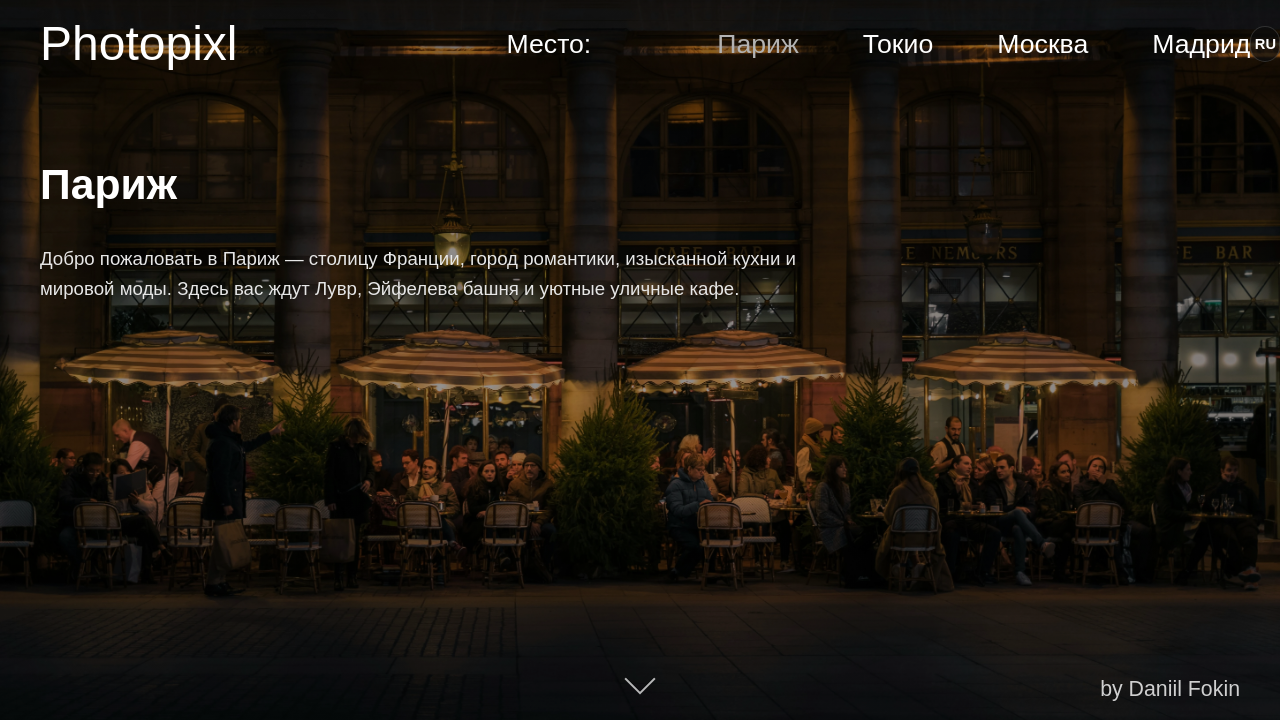
Repository: git-daniil/place-site
Page: index.html
An editor plug-in stored every save of this project. The page is shown before and after the next save, followed by the edit.
The browser window is 1280 px wide. The pictures show the whole page.
Some web fonts or font styles are not loaded; a fallback is used.

Above is the page before, as saved 2026-05-20 15:04:49.

### index.html
<!DOCTYPE html>
<html lang="ru">
<head>
    <meta charset="UTF-8">
    <meta name="viewport" content="width=device-width, initial-scale=1.0">
    <title>Photopixl — Paris</title>
    <link rel="stylesheet" href="style.css">
    <script src="translations.js"></script>
</head>
<body class="paris-page">

    <div class="progress-bar-container">
        <div class="progress-bar"></div>
        <div class="preloader-center-text">
            <div class="preloader-logo">Photopixl</div>
            <div class="preloader-author">by Daniil Fokin</div>
        </div>
    </div>

    <div class="author-label">by Daniil Fokin</div>

    <div class="page-wrapper">
        <nav class="navbar">
            <a href="index.html" class="logo">Photopixl</a>
            <div class="place-label" data-lang="place">Место:</div>
            <div class="nav-links">
                <a href="index.html" class="city-link active" data-lang="paris">Париж</a>
                <a href="tokio.html" class="city-link" data-lang="tokio">Токио</a>
                <a href="moscow.html" class="city-link" data-lang="moscow">Москва</a>
                <a href="madrid.html" class="city-link" data-lang="madrid">Мадрид</a>
            </div>

            <div class="lang-selector-capsule">
                <div class="lang-options-wrapper">
                    <div class="lang-option active" data-value="ru">RU</div>
                    <div class="lang-option" data-value="en">EN</div>
                </div>
            </div>
        </nav>

        <section class="paris-bg-1 scroll-section" data-slide="0">
            <main class="content-section anim-text">
                <h1 data-field="h1">Париж</h1>
                <p data-field="p">Добро пожаловать в Париж — столицу Франции, город романтики, изысканной кухни и мировой моды. Здесь вас ждут Лувр, Эйфелева башня и уютные уличные кафе.</p>
            </main>
            <div class="scroll-hint">
                <div class="arrow"></div>
            </div>
        </section>

        <section class="paris-bg-2 scroll-section" data-slide="1">
            <main class="content-section anim-text">
                <h1 data-field="h1">Атмосфера старого города</h1>
                <p data-field="p">Прогуляйтесь по Монмартру, загляните в аутентичные дворики и пройдитесь по тихим мощеным улочкам, где до сих пор витает дух старого Парижа и пахнет свежими круассанами.</p>
            </main>
        </section>

        <section class="paris-bg-3 scroll-section" data-slide="2">
            <main class="content-section anim-text">
                <h1>Вечерние огни Сены</h1>
                <p data-field="p">Когда на город опускаются сумерки, тысячи огней отражаются в воде. Прогулка на речном трамвайчике откроет для вас совершенно другой, магический Париж.</p>
            </main>
        </section>

        <section class="paris-bg-4 scroll-section" data-slide="3">
            <main class="content-section anim-text">
                <h1 data-field="h1">Сокровища Лувра</h1>
                <p data-field="p">Один из крупнейших и величайших музеев мира хранит в себе шедевры искусства разных эпох. Проведите день среди великой истории, архитектуры и бессмертных творений.</p>
            </main>
        </section>

        <section class="paris-bg-5 scroll-section" data-slide="4">
            <main class="content-section anim-text">
                <h1 data-field="h1">Триумфальная арка</h1>
                <p data-field="p">Величественный монумент на площади Шарля де Голля, ставший символом побед и национальной гордости Франции. Отсюда откроется один из лучших видов на Елисейские поля.</p>
            </main>
        </section>

        <section class="paris-bg-6 scroll-section" data-slide="5">
            <main class="content-section anim-text">
                <h1 data-field="h1">Эйфелева башня</h1>
                <p data-field="p">Главный и самый узнаваемый символ не только Парижа, но и всей Франции. Её изящный силуэт восхищает в любое время суток, а вечерняя иллюминация создает ощущение настоящей сказки.</p>
            </main>
        </section>

        <section class="paris-bg-7 scroll-section" data-slide="6">
            <main class="content-section anim-text">
                <h1>Парижский туман</h1>
                <p data-field="p">Загадочные окутанные дымкой улочки раскрывают меланхоличную и кинематографичную сторону города. В такие моменты Париж кажется особенно уединенным и поэтичным.</p>
            </main>
        </section>

        <section class="paris-bg-8 scroll-section thanks-section" data-slide="7">
            <div class="thanks-text anim-text" data-field="h1">
                À bientôt, Paris
            </div>
        </section>
    </div>

    <script {nonce}>
        const progressBar = document.querySelector('.progress-bar');
        const pageWrapper = document.querySelector('.page-wrapper');
        const progressContainer = document.querySelector('.progress-bar-container');
        const preloaderCenterText = document.querySelector('.preloader-center-text');
        const preloaderLogo = document.querySelector('.preloader-logo');
        const preloaderAuthor = document.querySelector('.preloader-author');

        const observer = new IntersectionObserver((entries) => {
            entries.forEach(entry => {
                if (entry.isIntersecting) {
                    entry.target.classList.add('visible');
                } else {
                    entry.target.classList.remove('visible');
                }
            });
        }, { threshold: 0.3 });

        function runPreloader(showText = true, callback = null) {
            progressContainer.style.display = 'flex';
            progressBar.style.transition = 'none';
            progressBar.style.width = '0%';

            setTimeout(() => {
                if (showText) {
                    progressContainer.classList.remove('lang-switch-mode');
                    progressContainer.style.opacity = '1';
                    pageWrapper.classList.remove('loaded');
                    preloaderCenterText.style.display = 'block';
                    preloaderLogo.classList.remove('show');
                    preloaderAuthor.classList.remove('show');
                    setTimeout(() => { preloaderLogo.classList.add('show'); }, 300);
                    setTimeout(() => { preloaderAuthor.classList.add('show'); }, 900);
                } else {
                    progressContainer.classList.add('lang-switch-mode');
                    progressContainer.style.opacity = '1';
                    preloaderCenterText.style.display = 'none';
                }

                setTimeout(() => {
                    progressBar.style.transition = 'width 1.2s cubic-bezier(0.22, 1, 0.36, 1)';
                    progressBar.style.width = '100%';
                }, 50);

                setTimeout(() => {
                    if (callback) callback();
                    progressContainer.style.opacity = '0';

                    if (showText) {
                        pageWrapper.classList.add('loaded');
                    }

                    setTimeout(() => {
                        progressContainer.style.display = 'none';
                        progressContainer.classList.remove('lang-switch-mode');

                        document.querySelectorAll('.anim-text').forEach(text => {
                            observer.observe(text);
                        });
                    }, 400);
                }, 1300);
            }, 50);
        }

        window.addEventListener('DOMContentLoaded', function() {
            runPreloader(true);
        });

        const langSelector = document.querySelector('.lang-selector-capsule');
        const langOptions = document.querySelectorAll('.lang-option');

        if (langSelector) {
            langSelector.addEventListener('click', function(e) {
                e.stopPropagation();
                this.classList.toggle('open');
            });
        }

        document.addEventListener('click', function() {
            if (langSelector) langSelector.classList.remove('open');
        });

        langOptions.forEach(option => {
            option.addEventListener('click', function(e) {
                e.stopPropagation();

                if (!langSelector.classList.contains('open')) return;

                if (this.classList.contains('active')) {
                    langSelector.classList.remove('open');
                    return;
                }

                const lang = this.getAttribute('data-value');

                langOptions.forEach(opt => opt.classList.remove('active'));
                this.classList.add('active');
                langSelector.classList.remove('open');

                runPreloader(false, () => {
                    changeLanguage(lang);
                });
            });
        });

        function changeLanguage(lang) {
            document.querySelectorAll('[data-lang]').forEach(elem => {
                const key = elem.getAttribute('data-lang');
                if (translations[lang][key]) {
                    elem.textContent = translations[lang][key];
                }
            });

            document.querySelectorAll('[data-slide]').forEach(slide => {
                const slideIndex = slide.getAttribute('data-slide');
                const slideData = translations[lang].slides[slideIndex];

                if (slideData) {
                    const h1 = slide.querySelector('[data-field="h1"]');
                    const p = slide.querySelector('[data-field="p"]');
                    if (h1) h1.textContent = slideData.h1;
                    if (p) p.textContent = slideData.p;
                }
            });
        }

        let currentSection = 0;
        const sections = document.querySelectorAll('.scroll-section');
        let isScrolling = false;

        window.addEventListener('wheel', function(e) {
            if (!document.body.classList.contains('paris-page')) return;
            if (!document.querySelector('.page-wrapper').classList.contains('loaded')) {
                e.preventDefault();
                return;
            }

            e.preventDefault();

            if (isScrolling) return;
            if (Math.abs(e.deltaY) < 60) return;

            isScrolling = true;

            if (e.deltaY > 0) {
                if (currentSection < sections.length - 1) currentSection++;
            } else {
                if (currentSection > 0) currentSection--;
            }

            sections[currentSection].scrollIntoView({ behavior: 'smooth' });

            const scrollHint = document.querySelector('.scroll-hint');
            if (scrollHint && currentSection > 0) {
                scrollHint.classList.add('hide');
            } else if (scrollHint && currentSection === 0) {
                scrollHint.classList.remove('hide');
            }

            setTimeout(() => {
                isScrolling = false;
            }, 1000);
        }, { passive: false });
    </script>

</body>
</html>

### style.css
@font-face {
    font-family: 'Gilroy-Regular';
    src: local('Gilroy-Regular'), url('fonts/Gilroy-Regular.woff2') format('woff2');
    font-weight: normal;
    font-style: normal;
}
@font-face {
    font-family: 'Seenonim';
    src: local('Seenonim'), url('fonts/Seenonim.woff2') format('woff2');
    font-weight: normal;
    font-style: normal;
}

body {
    margin: 0;
    padding: 0;
    background-color: #ffffff;
    font-family: Arial, sans-serif;
}

body.paris-page {
    height: 100vh;
    overflow: hidden;
    background-color: #111111;
}

.progress-bar-container {
    position: fixed;
    top: 0;
    left: 0;
    width: 100%;
    height: 100vh;
    background-color: #111111;
    z-index: 100;
    transition: opacity 0.4s ease-in-out;
    display: flex;
    flex-direction: column;
    justify-content: center;
    align-items: center;
}

.progress-bar-container.lang-switch-mode {
    background-color: rgba(17, 17, 17, 0.55);
    backdrop-filter: blur(4px);
}

.progress-bar {
    position: absolute;
    top: 0;
    left: 0;
    width: 0%;
    height: 3px;
    background-color: #ffffff;
    transition: width 2s cubic-bezier(0.22, 1, 0.36, 1);
}

.preloader-center-text {
    text-align: center;
    color: #ffffff;
}

.preloader-logo {
    font-family: 'Gilroy-Regular', sans-serif;
    font-size: 48pt;
    margin-bottom: 15px;
    line-height: 1;
    opacity: 0;
    transform: translateY(15px);
    transition: opacity 1s ease, transform 1s ease;
}

.preloader-logo.show {
    opacity: 1;
    transform: translateY(0);
}

.preloader-author {
    font-family: 'Seenonim', sans-serif;
    font-size: 18pt;
    line-height: 1;
    opacity: 0;
    transform: translateY(10px);
    transition: opacity 1s ease, transform 1s ease;
}

.preloader-author.show {
    opacity: 0.8;
    transform: translateY(0);
}

.page-wrapper {
    height: auto;
}

body.paris-page .page-wrapper {
    opacity: 0;
    transition: opacity 1.2s ease-in-out;
    height: 100vh;
    overflow: hidden;
}

body.paris-page .page-wrapper.loaded {
    opacity: 1;
}

.navbar {
    display: flex;
    align-items: center;
    background: none;
    padding: 20px 40px;
}

body.paris-page .navbar {
    position: fixed;
    top: 0;
    left: 0;
    right: 0;
    z-index: 10;
}

.logo {
    font-family: 'Gilroy-Regular', sans-serif;
    font-size: 36pt;
    color: #000000;
    line-height: 1;
    text-decoration: none;
}

body.paris-page .logo {
    color: #ffffff;
}

.place-label {
    font-family: 'Seenonim', sans-serif;
    font-size: 20pt;
    color: #000000;
    margin-left: 269px;
    line-height: 1;
}

body.paris-page .place-label {
    color: #ffffff;
}

.nav-links {
    display: flex;
    margin-left: 126px;
}

.city-link {
    font-family: 'Seenonim', sans-serif;
    font-size: 20pt;
    color: #000000;
    text-decoration: none;
    line-height: 1;
}

body.paris-page .city-link {
    color: #ffffff;
}

.city-link.active {
    color: #8c8c8c;
}

body.paris-page .city-link.active {
    color: #b3b3b3;
}

.city-link:not(:last-child) {
    margin-right: 64px;
}

.lang-selector-capsule {
    margin-left: auto;
    cursor: pointer;
    user-select: none;
    font-family: Arial, sans-serif;
    display: flex;
    flex-direction: column;
    background-color: rgba(12, 12, 12, 0.75);
    border: 1px solid rgba(255, 255, 255, 0.15);
    border-radius: 20px;
    padding: 6px 14px;
    transition: all 0.3s cubic-bezier(0.25, 1, 0.5, 1);
    overflow: hidden;
    box-sizing: border-box;
}

.lang-selector-capsule.open {
    background-color: #1a1a1a;
    border-color: rgba(255, 255, 255, 0.3);
    padding-bottom: 12px;
}

.lang-option {
    font-size: 11pt;
    font-weight: bold;
    color: rgba(255, 255, 255, 0.4);
    height: 22px;
    display: flex;
    align-items: center;
    justify-content: center;
    transition: color 0.2s ease, opacity 0.25s ease, margin 0.3s ease, height 0.3s ease;
    flex-shrink: 0;
}

.lang-selector-capsule:not(.open) .lang-option:not(.active) {
    opacity: 0;
    height: 0;
    margin-top: 0;
    pointer-events: none;
}

.lang-selector-capsule.open .lang-option:not(.active) {
    margin-top: 10px;
}

.lang-option:hover {
    color: #ffffff;
}

.lang-option.active {
    color: #ffffff;
    order: -1;
}

.author-label {
    font-family: 'Seenonim', sans-serif;
    font-size: 16pt;
    color: #000000;
    line-height: 1;
}

body.paris-page .author-label {
    position: fixed;
    bottom: 20px;
    right: 40px;
    color: #ffffff;
    opacity: 0.8;
    z-index: 10;
}

body.paris-page .page-wrapper:not(.loaded) ~ .author-label {
    opacity: 0;
}

.content-section {
    padding: 60px 40px;
}

.content-section h1 {
    font-size: 32pt;
    margin-top: 0;
    font-family: 'Gilroy-Regular', sans-serif;
    color: #000000;
}

body.paris-page .content-section h1 {
    color: #ffffff;
}

.content-section p {
    font-size: 14pt;
    color: #333333;
    line-height: 1.6;
    max-width: 800px;
}

body.paris-page .content-section p {
    color: #e6e6e6;
}

.scroll-section {
    position: relative;
    background-size: cover;
    background-position: center;
    background-repeat: no-repeat;
    background-attachment: fixed;
    height: 100vh;
    padding-top: 100px;
    box-sizing: border-box;
}

.paris-bg-1 {
    background-image: linear-gradient(rgba(0, 0, 0, 0.4), rgba(0, 0, 0, 0.4)), url('assets/photo/paris/paris-bg.webp');
}

.paris-bg-2 {
    background-image: linear-gradient(rgba(0, 0, 0, 0.4), rgba(0, 0, 0, 0.4)), url('assets/photo/paris/paris1.webp');
}

.paris-bg-3 {
    background-image: linear-gradient(rgba(0, 0, 0, 0.4), rgba(0, 0, 0, 0.4)), url('assets/photo/paris/paris2.webp');
}

.paris-bg-4 {
    background-image: linear-gradient(rgba(0, 0, 0, 0.4), rgba(0, 0, 0, 0.4)), url('assets/photo/paris/paris3.webp');
}

.paris-bg-5 {
    background-image: linear-gradient(rgba(0, 0, 0, 0.4), rgba(0, 0, 0, 0.4)), url('assets/photo/paris/paris4.webp');
}

.paris-bg-6 {
    background-image: linear-gradient(rgba(0, 0, 0, 0.4), rgba(0, 0, 0, 0.4)), url('assets/photo/paris/paris5.webp');
}

.paris-bg-7 {
    background-image: linear-gradient(rgba(0, 0, 0, 0.4), rgba(0, 0, 0, 0.4)), url('assets/photo/paris/paris6.webp');
}

.paris-bg-8 {
    background-image: linear-gradient(rgba(0, 0, 0, 0.5), rgba(0, 0, 0, 0.5)), url('assets/photo/paris/paris7.webp');
}

.thanks-section {
    display: flex;
    justify-content: center;
    align-items: center;
    padding-top: 0;
}

.thanks-text {
    font-family: 'Gilroy-Regular', sans-serif;
    font-size: 48pt;
    color: #ffffff;
    text-align: center;
}

.scroll-hint {
    position: absolute;
    bottom: 30px;
    left: 50%;
    transform: translateX(-50%);
    display: flex;
    justify-content: center;
    align-items: center;
    transition: opacity 0.5s ease;
    pointer-events: none;
}

.scroll-hint.hide {
    opacity: 0;
}

.arrow {
    width: 20px;
    height: 20px;
    border-right: 2px solid rgba(255, 255, 255, 0.7);
    border-bottom: 2px solid rgba(255, 255, 255, 0.7);
    transform: rotate(45deg);
    animation: bounceArrow 2s infinite;
}

@keyframes bounceArrow {
    0%, 20%, 50%, 80%, 100% {
        transform: translateY(0) rotate(45deg);
    }
    40% {
        transform: translateY(-10px) rotate(45deg);
    }
    60% {
        transform: translateY(-5px) rotate(45deg);
    }
}

.anim-text {
    opacity: 0;
    transform: translateY(40px);
    transition: opacity 1s ease, transform 1s ease;
    transition-delay: 0.4s;
}

.anim-text.visible {
    opacity: 1;
    transform: translateY(0);
}

::selection {
    background-color: rgba(28, 28, 28, 1);
    color: #ffffff;
}

### translations.js
const translations = {
    ru: {
        place: "Место:",
        paris: "Париж",
        tokio: "Токио",
        moscow: "Москва",
        madrid: "Мадрид",
        slides: [
            {
                h1: "Париж",
                p: "Добро пожаловать в Париж — столицу Франции, город романтики, изысканной кухни и мировой моды. Здесь вас ждут Лувр, Эйфелева башня и уютные уличные кафе."
            },
            {
                h1: "Атмосфера старого города",
                p: "Прогуляйтесь по Монмартру, загляните в аутентичные дворики и пройдитесь по тихим мощеным улочкам, где до сих пор витает дух старого Парижа и пахнет свежими круассанами."
            },
            {
                h1: "Вечерние огни Сены",
                p: "Когда на город опускаются сумерки, тысячи огней отражаются в воде. Прогулка на речном трамвайчике откроет для вас совершенно другой, магический Париж."
            },
            {
                h1: "Сокровища Лувра",
                p: "Один из крупнейших и величайших музеев мира хранит в себе шедевры искусства разных эпох. Проведите день среди великой истории, архитектуры и бессмертных творений."
            },
            {
                h1: "Триумфальная арка",
                p: "Величественный монумент на площади Шарля де Голля, ставший символом побед и национальной гордости Франции. Отсюда откроется один из лучших видов на Елисейские поля."
            },
            {
                h1: "Эйфелева башня",
                p: "Главный и самый узнаваемый символ не только Парижа, но и всей Франции. Её изящный силуэт восхищает в любое время суток, а вечерняя иллюминация создает ощущение настоящей сказки."
            },
            {
                h1: "Парижский туман",
                p: "Загадочные окутанные дымкой улочки раскрывают меланхоличную и кинематографичную сторону города. В такие моменты Париж кажется особенно уединенным и поэтичным."
            },
            {
                h1: "À bientôt, Paris",
                p: ""
            }
        ]
    },
    en: {
        place: "Place:",
        paris: "Paris",
        tokio: "Tokyo",
        moscow: "Moscow",
        madrid: "Madrid",
        slides: [
            {
                h1: "Paris",
                p: "Welcome to Paris — the capital of France, a city of romance, fine dining, and global fashion. Here, the Louvre, Eiffel Tower, and cozy street cafes await you."
            },
            {
                h1: "Old Town Atmosphere",
                p: "Stroll through Montmartre, explore authentic courtyards, and walk along quiet cobblestone streets where the spirit of old Paris still lingers and the aroma of fresh croissants fills the air."
            },
            {
                h1: "Evening Lights of the Seine",
                p: "As dusk falls over the city, thousands of lights reflect in the water. A river cruise will reveal a completely different, magical Paris to you."
            },
            {
                h1: "Treasures of the Louvre",
                p: "One of the world's largest and greatest museums holds masterpieces of art from various eras. Spend a day surrounded by great history, architecture, and timeless creations."
            },
            {
                h1: "Arc de Triomphe",
                p: "A majestic monument on the Place Charles de Gaulle, a symbol of victories and French national pride. It offers one of the best views of the Champs-Élysées."
            },
            {
                h1: "Eiffel Tower",
                p: "The main and most recognizable symbol of not only Paris but all of France. Its elegant silhouette inspires at any time of day, and the evening illumination creates a true fairytale feeling."
            },
            {
                h1: "Parisian Fog",
                p: "Mysterious streets shrouded in mist reveal the melancholic and cinematic side of the city. In these moments, Paris feels uniquely secluded and poetic."
            },
            {
                h1: "À bientôt, Paris",
                p: ""
            }
        ]
    }
};

After the next save:
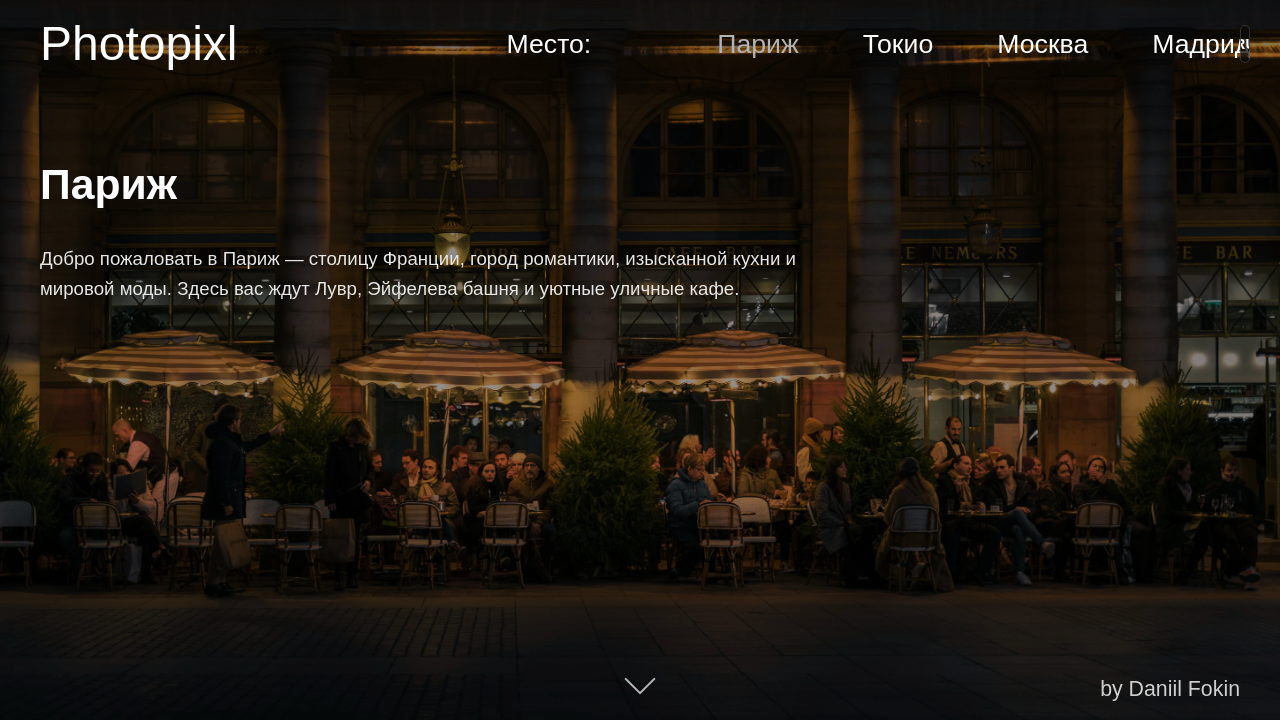
Saved 7 s later.
--- a/style.css
+++ b/style.css
@@ -173,47 +173,61 @@ body.paris-page .city-link.active {
 
 .lang-selector-capsule {
     margin-left: auto;
+    position: relative;
+    width: 60px;
+    height: 38px;
+}
+
+.lang-options-wrapper {
+    position: absolute;
+    top: 0;
+    right: 0;
+    width: 100%;
+    height: 38px;
+    background-color: rgba(12, 12, 12, 0.75);
+    border: 1px solid rgba(255, 255, 255, 0.15);
+    border-radius: 20px;
+    display: flex;
+    flex-direction: column;
+    align-items: center;
+    justify-content: flex-start;
+    padding: 0 4px;
+    box-sizing: border-box;
+    overflow: hidden;
     cursor: pointer;
     user-select: none;
     font-family: Arial, sans-serif;
-    display: flex;
-    flex-direction: column;
-    background-color: rgba(12, 12, 12, 0.75);
-    border: 1px solid rgba(255, 255, 255, 0.15);
-    border-radius: 20px;
-    padding: 6px 14px;
-    transition: all 0.3s cubic-bezier(0.25, 1, 0.5, 1);
-    overflow: hidden;
-    box-sizing: border-box;
-}
-
-.lang-selector-capsule.open {
+    transition: height 0.3s cubic-bezier(0.25, 1, 0.5, 1), background-color 0.2s ease, border-color 0.2s ease;
+}
+
+.lang-selector-capsule.open .lang-options-wrapper {
+    height: 76px;
     background-color: #1a1a1a;
     border-color: rgba(255, 255, 255, 0.3);
-    padding-bottom: 12px;
 }
 
 .lang-option {
     font-size: 11pt;
     font-weight: bold;
     color: rgba(255, 255, 255, 0.4);
-    height: 22px;
+    width: 100%;
+    height: 36px;
     display: flex;
     align-items: center;
     justify-content: center;
-    transition: color 0.2s ease, opacity 0.25s ease, margin 0.3s ease, height 0.3s ease;
     flex-shrink: 0;
+    transition: color 0.2s ease, opacity 0.2s ease, margin 0.3s ease;
 }
 
 .lang-selector-capsule:not(.open) .lang-option:not(.active) {
     opacity: 0;
-    height: 0;
+    pointer-events: none;
     margin-top: 0;
-    pointer-events: none;
 }
 
 .lang-selector-capsule.open .lang-option:not(.active) {
-    margin-top: 10px;
+    opacity: 1;
+    margin-top: 0;
 }
 
 .lang-option:hover {
